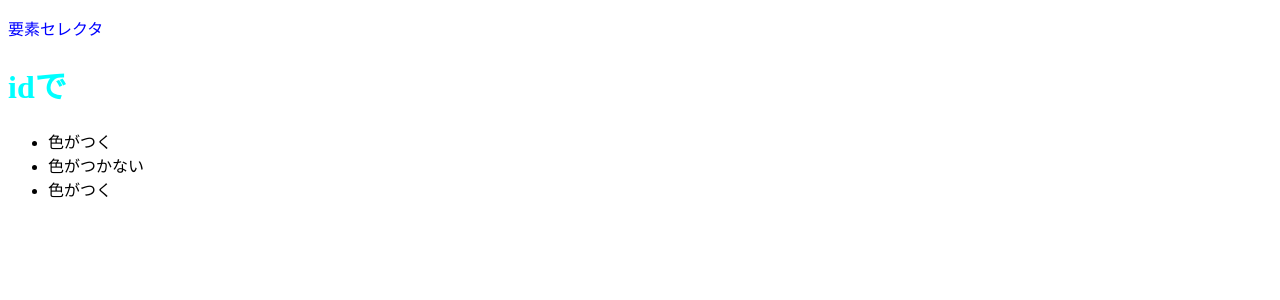
Repository: Jutta197/frontend726
Page: css_ex/order/practice.html
The author's editor kept a copy of each file at every save. The page is drawn from the files as they stood at one save, then again after the next save.
The browser window is 1280 px wide. The pictures show the whole page.

Above is the page before, as saved 2023-07-28 09:46:11.

After the next save:
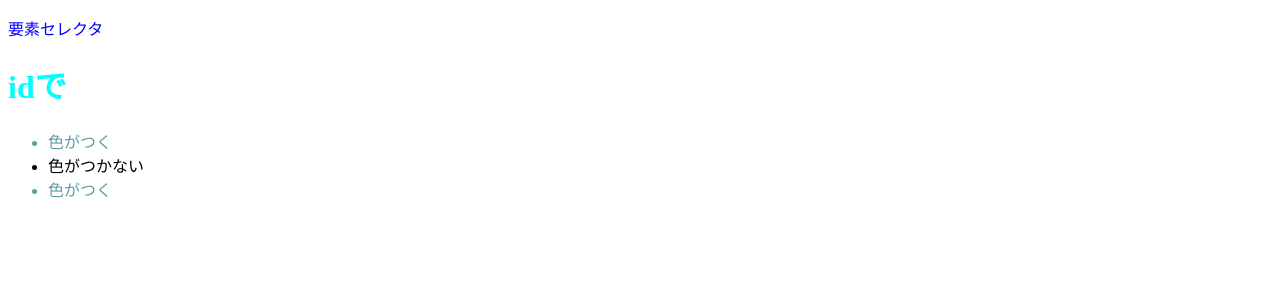
Saved 49 s later.
--- a/css_ex/order/practice.css
+++ b/css_ex/order/practice.css
@@ -5,3 +5,7 @@
 #text-color {
     color: aqua;
 }
+
+.list-color {
+    color: cadetblue;
+}
